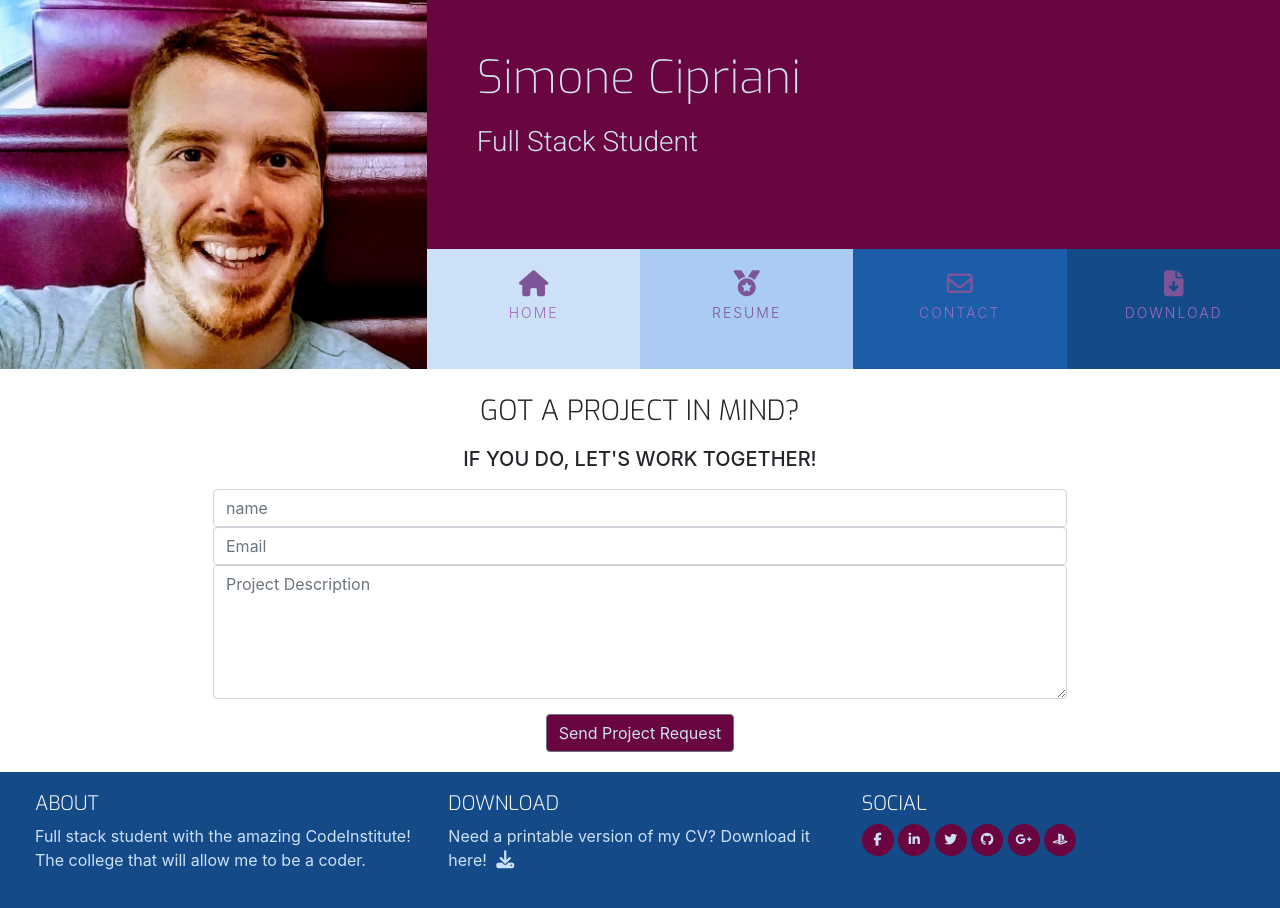
Repository: cipsim/resume
Page: contact.html
The author's editor kept a record of every edit. The page is drawn from the files as they stood at one moment, then again after the next edit.
The browser window is 1280 px wide. The pictures show the whole page.
Some web libraries are served in a nearby version.

Above is the page before.

After the next edit:
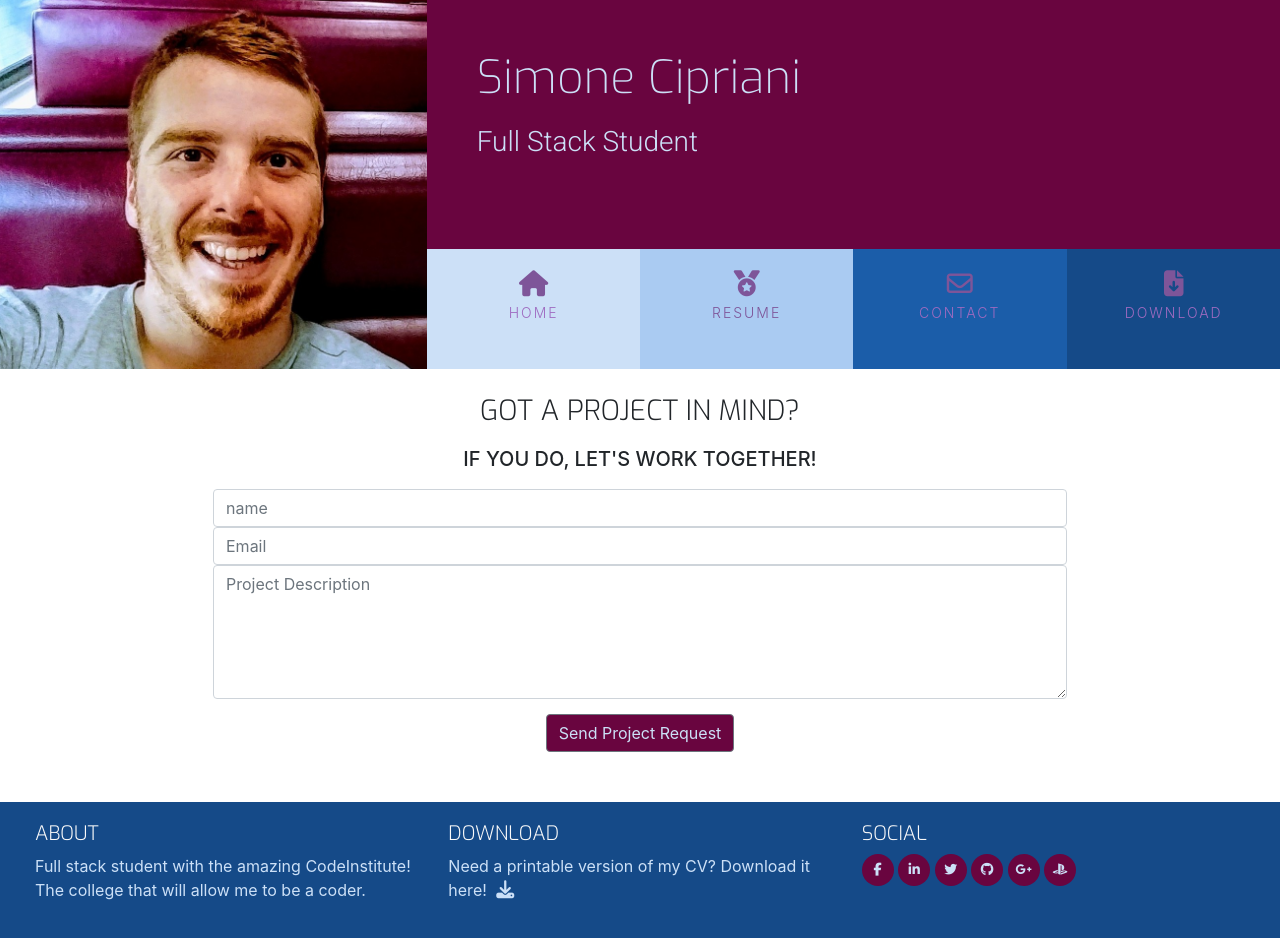
The edit:
--- a/contact.html
+++ b/contact.html
@@ -46,8 +46,8 @@
     </header>
 
     <section class="container-fluid">
-                <div class="ro bg-color-contact">
-            <div class="col">
+                <div class="row bg-color-contact">
+            <div class="col section-column">
                 <h3 class="contact-heading uppercase text-center">Got a project in mind?</h3>
                 <h5 class="uppercase text-center">If you do, let's work together!</h5>
 
